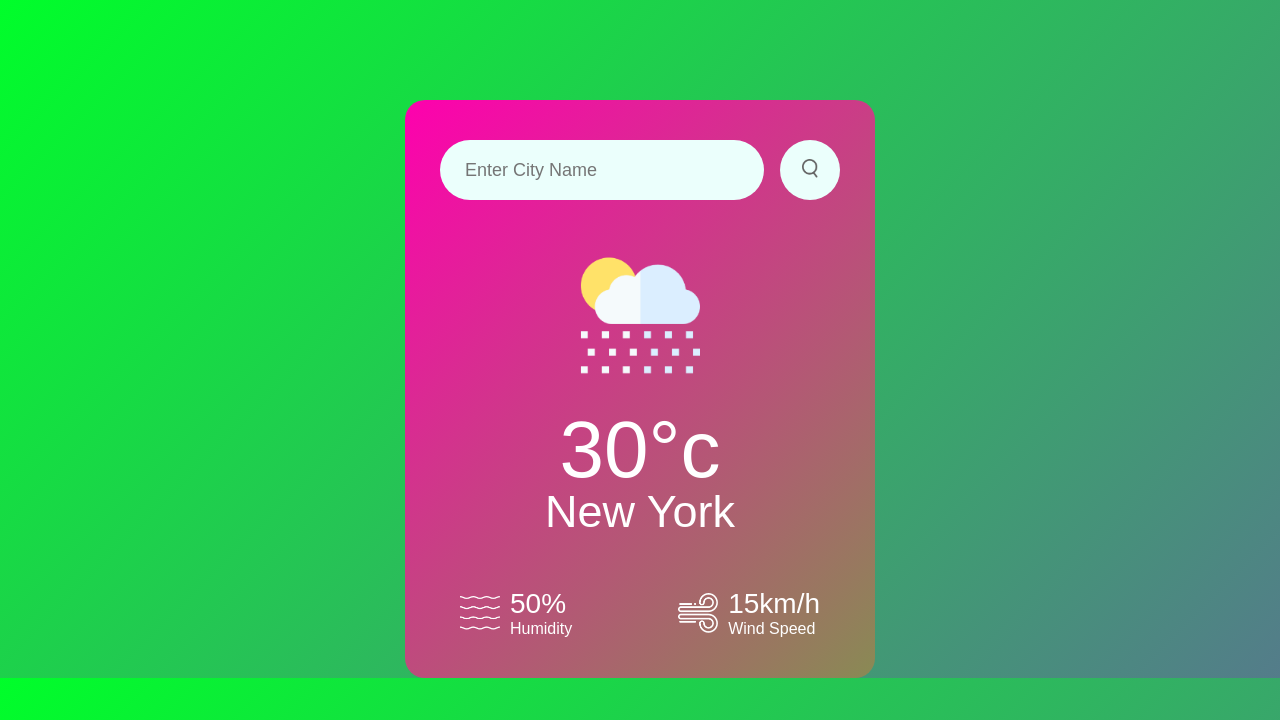
Repository: dubeprince/WeatherApp-Project
Page: WeatherApp/index.html
These files come from the project's save history. The page is drawn as it stood at one moment and after the next save; the edit follows.
The browser window is 1280 px wide. The pictures show the whole page.

Above is the page before, as saved 2023-05-26 16:36:04.

### WeatherApp/index.html
<!DOCTYPE html>
<html lang="en">
<head>
    <meta charset="UTF-8">
    <meta http-equiv="X-UA-Compatible" content="IE=edge">
    <meta name="viewport" content="width=device-width, initial-scale=1.0">
    <title>Weather App</title>
    <link rel = "stylesheet" href = "style.css">
</head>
<body>

    <div class="card">
        <div class="search">
            <input type="text" placeholder="Enter City Name" spellcheck="false">
            <button><img src="images/search.png" alt=""></button>
        </div>
        <div class="weather">
            <img src="images/rain.png" class="weather-icon">
            <h1 class="temp">30°c</h1>
            <h2 class="city">New York</h2>
            <div class="details">
                <div class="col">
                    <img src="images/humidity.png" >
                    <div>
                        <p class="humidity">50%</p>
                        <p>Humidity</p>
                    </div>
                </div>
                <div class="col">
                    <img src="images/wind.png" >
                    <div>
                        <p class="wind">15km/h</p>
                        <p>Wind Speed</p>
                    </div>
                </div>
            </div>
        </div>
    </div>

    <script>
        const apiKey = "2c327d90082c0de2eda05aec2410c576";
        const apiUrl = "https://api.openweathermap.org/data/2.5/weather?&units=metric&q=";

        const searchBox = document.querySelector(".search input");
        const searchBtn = document.querySelector(".search button");

        async function checkWeather(city){
            const response = await fetch(apiUrl + city + `&appid=${apiKey}`);
            var data = await response.json();
            console.log(data);
            document.querySelector(".city").innerHTML = data.name;
            document.querySelector(".temp").innerHTML = Math.round(data.main.temp) + "°c";
            document.querySelector(".humidity").innerHTML = data.main.humidity + "%";
            document.querySelector(".wind").innerHTML = data.wind.speed + " Km/h";


        }

        searchBtn.addEventListener("click",()=> {checkWeather(searchBox.value);})

    </script>

</body>
</html>

### WeatherApp/style.css
*{
    margin : 0;
    padding: 0;
    font-family: 'Poppins', sans-serif;
    box-sizing: border-box;

}
body{
    background: linear-gradient(135deg, #00fe2a, #547c8a);
    background-size: cover;
}
.card{
    width: 90%;
    max-width: 470px;
    background: linear-gradient(135deg, #fe00ae, #898a54);
    color: #fff; /* white */
    margin: 100px auto 0;
    border-radius: 20px;
    padding: 40px 35px;
    text-align: center;

}
.search{
    width: 100%;
    display: flex;
    align-items: center;
    justify-content: space-between;
}
.search input{
    border: 0;
    outline: 0;
    background: #ebfffc;
    color: #555;
    padding: 10px 25px;
    height: 60px;
    border-radius: 30px;
    flex: 1;
    margin-right: 16px;
    font-size: 18px;
}
.search button{
    border: 0;
    outline: 0;
    border-radius: 50%;
    background: #ebfffc;
    width: 60px;
    height: 60px;
    cursor: pointer;

}
.search button img{
    width: 16px;

}
.weather-icon{
    width: 170px;
    margin-top: 30px;
}
.weather h1{
    font-size: 80px;
    font-weight: 500;
}
.weather h2{
    font-weight: 400;
    font-size: 45px;
    margin-top: -10px;
}
.details{
    display: flex;
    align-items: center;
    justify-content: space-between;
    padding: 0 20px;
    margin-top: 50px;
}
.col{
    display: flex;
    align-items: center;
    justify-content: space-between;
    text-align: left;
}
.col img{
    width: 40px;
    margin-right: 10px;
}
.humidity,.wind{
    font-size: 28px;

}

After the next save:
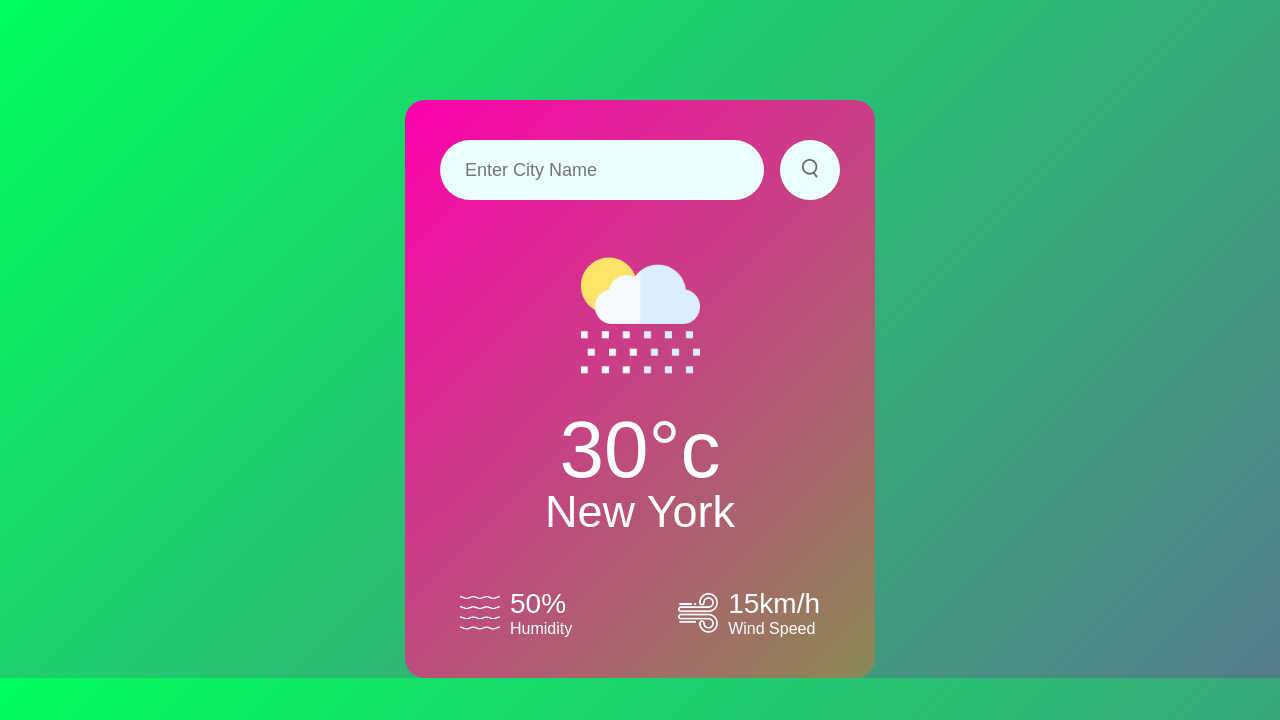
Saved 9 min 38 s later.
--- a/WeatherApp/style.css
+++ b/WeatherApp/style.css
@@ -6,7 +6,7 @@
 
 }
 body{
-    background: linear-gradient(135deg, #00fe2a, #547c8a);
+    background: linear-gradient(135deg, #00fe5d, #547c8a);
     background-size: cover;
 }
 .card{
